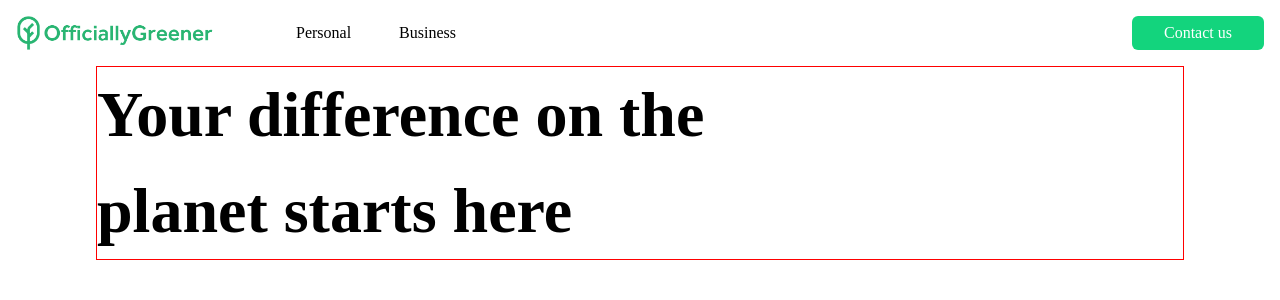
Repository: Sinkycode/Officially-Greener
Page: index.html
An editor plug-in stored every save of this project. The page is shown before and after a run of saves, followed by the edit.
The browser window is 1280 px wide. The pictures show the whole page.

Above is the page before, as saved 2023-03-07 21:05:57.

### index.html
<!DOCTYPE html>
<html lang="en">
<head>
  <meta charset="UTF-8">
  <meta http-equiv="X-UA-Compatible" content="IE=edge">
  <meta name="viewport" content="width=device-width, initial-scale=1.0">
  <link rel="stylesheet" href="style.css">
  <title>Officially Greener</title>
</head>
<body>
  <div id="landing-page">
    <header>
      <img src="logo/Officially Greener Transparent background.png" alt="officially mobile logo" id="logo" width="200px">
      <ul class="nav-list">
        <li><a href="http://">Personal</a></li>
        <li><a href="http://">Business</a></li>
      </ul>
     <button class="btn">Contact us</button>
    </header>
    <div class="container">
      <div class="context">
        <h1 class="landing-page__big-txt">Your difference on the planet starts here</h1>
      </div>
    </div>
  </div>
</body>
</html>

### style.css
:root {

}

*, *::after, *::before {
  box-sizing: border-box;
  margin: 0;
  padding: 0;
}

html, body {
  font-family: 'effra';
  scroll-behavior: smooth;
  overflow-x: hidden;
}

body {
  line-height: 1.5;
  font-size: 16px;
}

/* CUSTOMIZATION */
img {
  max-width: 100%;
  display: block;
}

button, input {
  outline: none;
  border: none;
  /* background: transparent; */
  font-family: inherit;
  font-size: inherit;
  color: inherit;
}

ul, p {
  margin: 0;
  list-style: none;

}

a {
  text-decoration: none;
  color: inherit;
}

h1,h2,h3 {
  margin: 0;
}

.container {
  max-width: 85%;
  margin: 0 auto;
}

header {
  display: flex;
  align-items: center;
  gap: 5rem;
  padding: 1rem;
  /* border: 1px solid red; */
}

.nav-list {
  display: flex;
  gap: 3rem;
}

header > *:last-child {
  margin-left: auto;
}

.btn {
  background-color: rgb(19, 212, 125);
  color: white;
  padding: .5rem 2rem;
  border-radius: 6px;
}

#landing-page .container {
  border: 1px solid red;
}

.landing-page__big-txt {
  font-size: clamp(2rem, 1rem + 10vw, 4rem);
  max-width: 60%;
  width: 100%;
}

After the next 2 saves:
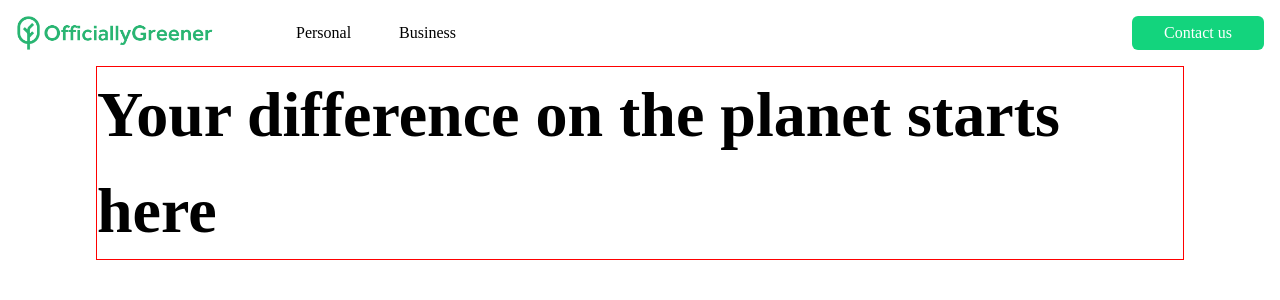
The 2 saves are shown as one change because they came seconds apart.
The last was saved 9 s later.
--- a/style.css
+++ b/style.css
@@ -84,6 +84,5 @@
 
 .landing-page__big-txt {
   font-size: clamp(2rem, 1rem + 10vw, 4rem);
-  max-width: 60%;
-  width: 100%;
+  max-width: 100%;
 }
